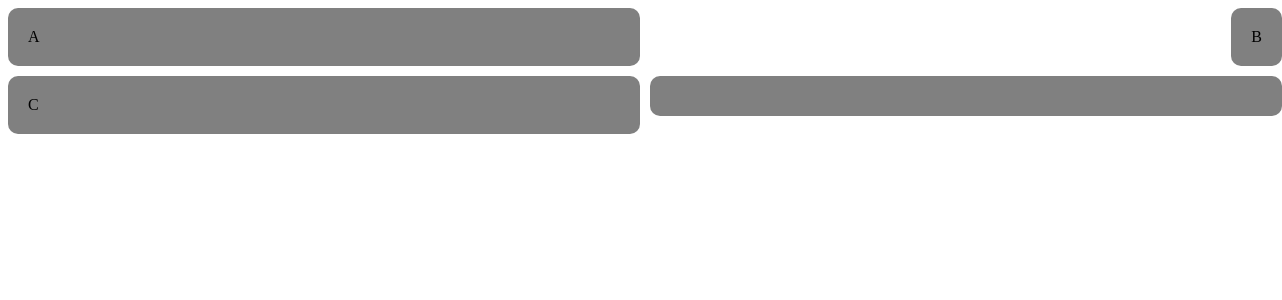
Repository: Yevhen94/nixhw
Page: fourth-lesson/index.html
An editor plug-in stored every save of this project. The page is shown before and after the next save, followed by the edit.
The browser window is 1280 px wide. The page is 1282 px wide, then 1280 px, so the pictures cover 1282 px, including what lies to the right of the window. The pictures show the whole page.

Above is the page before, as saved 2022-02-08 15:53:24.

### fourth-lesson/index.html
<!DOCTYPE html>
<html lang="en">
  <head>
    <meta charset="UTF-8" />
    <meta http-equiv="X-UA-Compatible" content="IE=edge" />
    <meta name="viewport" content="width=device-width, initial-scale=1.0" />
    <link rel="stylesheet" href="./styles/index.css" />
    <title>Flex+Grid</title>
  </head>
  <body>
    <!-- <div class="first-ex">
      <div class="block block--yellow">
        <span>A</span>
      </div>
      <div class="block block--yellow">
        <span>B</span>
      </div>
      <div class="block block--yellow">
        <span>C</span>
      </div>
      <div class="block block--pink">
        <span>D</span>
      </div>
      <div class="block block--pink">
        <span>E</span>
      </div>
      <div class="block block--pink">
        <span>F</span>
      </div>
      <div class="block block--green">
        <span>G</span>
      </div>
      <div class="block block--green">
        <span>H</span>
      </div>
      <div class="block block--green">
        <span>I</span>
      </div>
      <div class="block block--blue">
        <span>J</span>
      </div>
      <div class="block block--blue">
        <span>K</span>
      </div>
      <div class="block block--blue">
        <span>L</span>
      </div>
    </div> -->
    <!-- <div class="second-ex">
      <div class="resp-block two-in-one">
        <span>A</span>
      </div>
      <div class="resp-block">
        <span>B</span>
      </div>
      <div class="resp-block">
        <span>C</span>
      </div>
      <div class="resp-block">
        <span>D</span>
      </div>
      <div class="resp-block">
        <span>E</span>
      </div>
      <div class="resp-block">
        <span>F</span>
      </div>
      <div class="resp-block four-in-one">
        <span>G</span>
      </div>
      <div class="resp-block">
        <span>H</span>
      </div>
      <div class="resp-block">
        <span>I</span>
      </div>
      <div class="resp-block">
        <span>J</span>
      </div>
      <div class="resp-block three-in-one">
        <span>K</span>
      </div>
      <div class="resp-block">
        <span>L</span>
      </div>
      <div class="resp-block">
        <span>M</span>
      </div>
    </div> -->
    <div class="third-ex">
      <div class="item">
        <span>A</span>
      </div>
      <div class="item">
        <span>B</span>
      </div>
      <div class="item two-row-item">
        <span>C</span>
      </div>
      <div class="item subgrid">
        <div class="subitem subitem-first"></div>
        <div class="subitem"></div>
        <div class="subitem"></div>
      </div>
    </div>
  </body>
</html>

### fourth-lesson/styles/index.css
.first-ex {
  grid-template-columns: repeat(3, 1fr);
  display: grid;
  gap: 10px;
}

.block {
  justify-content: center;
  align-items: center;
  min-height: 150px;
  font-weight: bold;
  min-width: 150px;
  font-size: 30px;
  display: flex;
}

.block--yellow {
  background-color: yellow;
  justify-self: end;
}

.block--pink {
  background-color: pink;
  justify-self: start;
}

.block--green {
  background-color: lightgreen;
  justify-self: center;
}

.block--blue {
  background-color: lightblue;
}

.second-ex {
  grid-template-columns: repeat(auto-fill, minmax(200px, 1fr));
  display: grid;
  gap: 10px;
}

.resp-block {
  background-color: lightgrey;
  justify-content: center;
  align-items: center;
  border-radius: 20px;
  font-weight: bold;
  font-size: 30px;
  padding: 20px;
  display: flex;
}

.two-in-one {
  grid-column: 1 / span 2;
}

.four-in-one {
  grid-column-end: span 2;
  grid-row-end: span 2;
}

.three-in-one {
  grid-column-end: span 3;
}

.third-ex {
  grid-template-columns: repeat(2, 50%);
  display: grid;
  gap: 10px;
}

.item {
  background-color: grey;
  border-radius: 10px;
  padding: 20px;
}

.item:nth-child(2) {
  justify-self: end;
}

.two-row-item {
  grid-row-end: span 2;
  grid-column-end: span 0.7;
}

.subgrid {
  grid-template-columns: subgrid;
  grid-template-rows: subgrid;
  display: grid;
}

.subitem {
  background-color: lightgray;
  border-radius: 10px;
}

.subitem-first {
  grid-row: 1 / span 2;
  grid-column: 1;
}

After the next save:
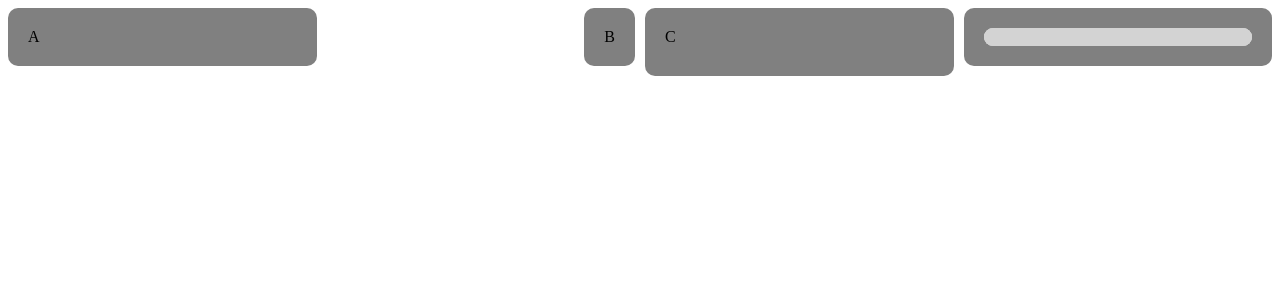
Saved 3 min 22 s later.
--- a/fourth-lesson/styles/index.css
+++ b/fourth-lesson/styles/index.css
@@ -64,7 +64,7 @@
 }
 
 .third-ex {
-  grid-template-columns: repeat(2, 50%);
+  grid-template-columns: repeat(4, 1fr);
   display: grid;
   gap: 10px;
 }
